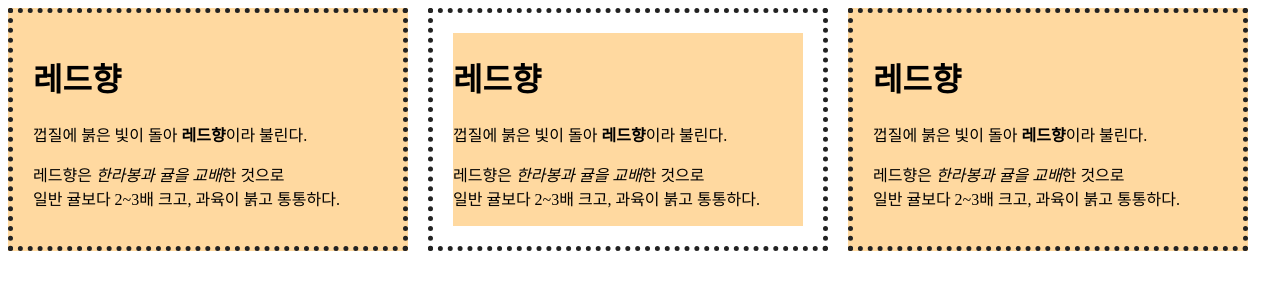
Repository: topyoungil/CodeMemories-ByJake
Page: HTML_CSS/WebContent/test/1003_css/bg-clip.html
These files come from the project's save history. The page is drawn as it stood at one moment and after the next save; the edit follows.
The browser window is 1280 px wide. The pictures show the whole page.

Above is the page before, as saved 2022-10-03 13:10:08.

After the next save:
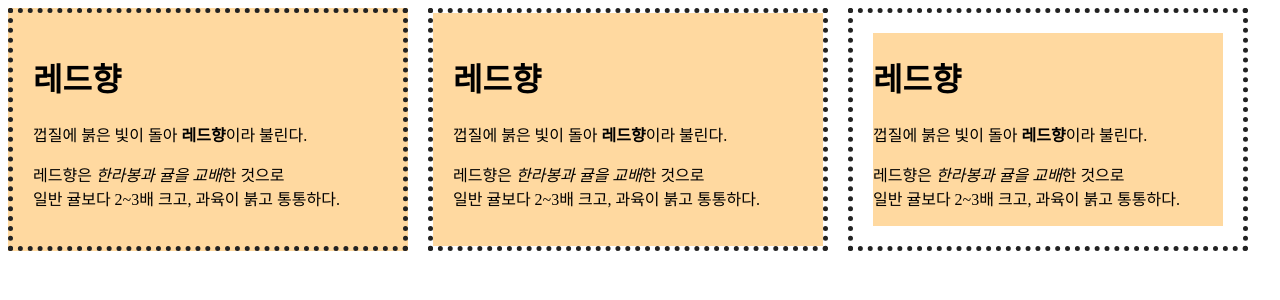
Saved 2 min 5 s later.
--- a/HTML_CSS/WebContent/test/1003_css/bg-clip.html
+++ b/HTML_CSS/WebContent/test/1003_css/bg-clip.html
@@ -21,7 +21,7 @@
 		background-clip: padding-box;
 	}
 
-	#clip-padding {
+	#clip-content {
 		background-clip: content-box;
 	}
 </style>
